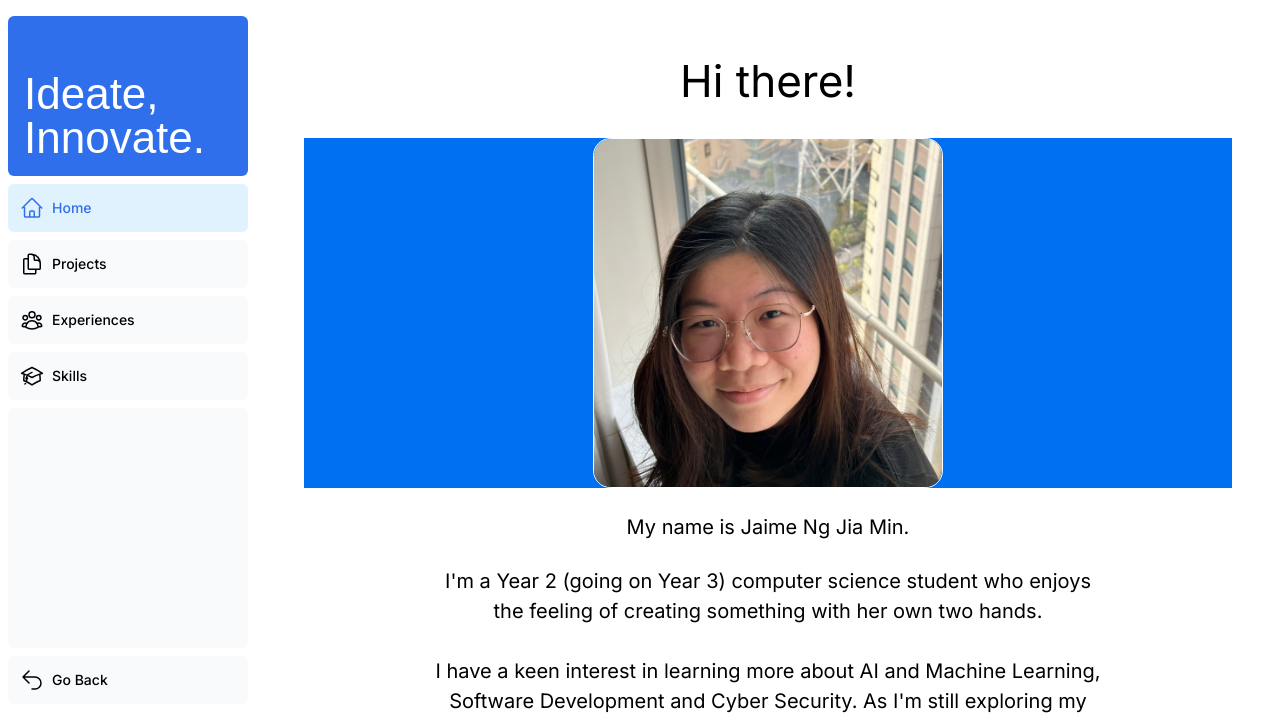
Repository: ThatGirlJam/jaime-portfolio
Page: /dashboard
An editor plug-in stored every save of this project. The page is shown before and after the next save, followed by the edit.
The browser window is 1280 px wide. The pictures show the whole page.
An inner scrolling area shows only its first screen. Some web fonts or font styles are not loaded; a fallback is used. The project was rebuilt for these pictures with package versions that can differ from the ones it lists, and the page was loaded fresh each time. The framework's server and built-in components were replaced by stand-ins that run in the browser. Also part of the build but not shown: next.config.js.

Above is the page before, as saved 2024-04-10 00:42:10.

After the next save:
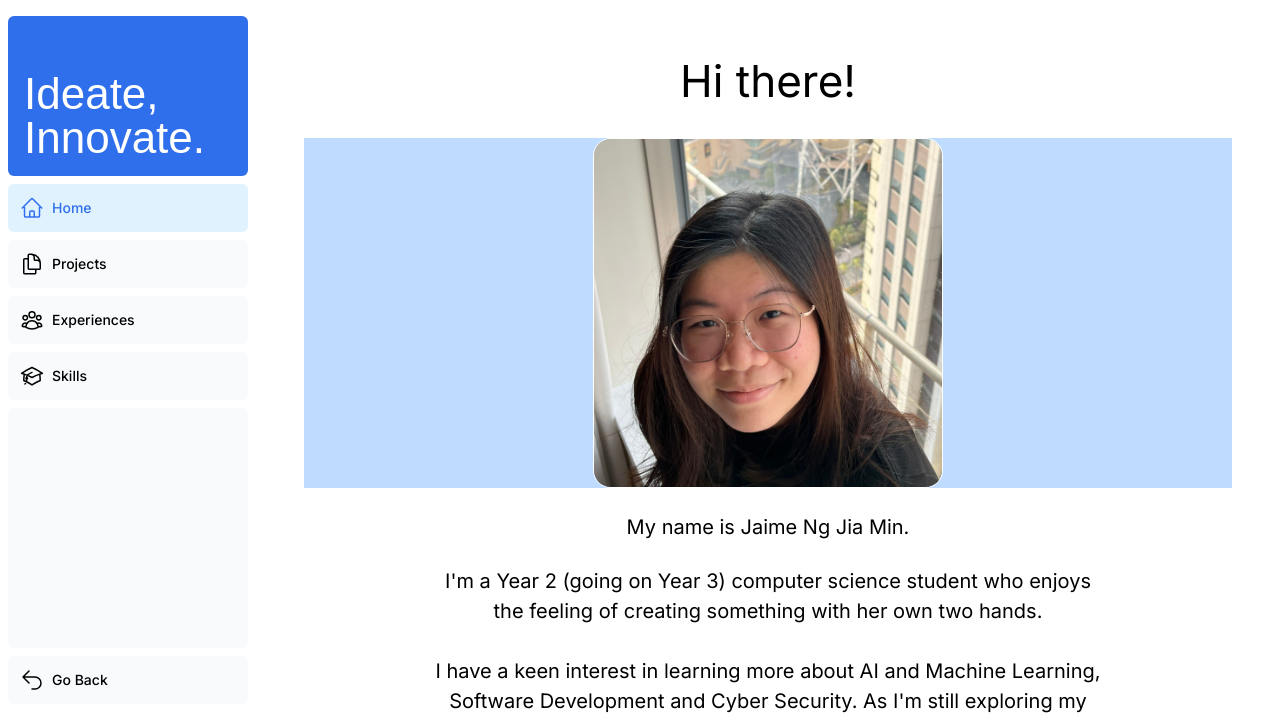
Saved 4 s later.
--- a/app/dashboard/page.tsx
+++ b/app/dashboard/page.tsx
@@ -23,7 +23,7 @@ export default function Page() {
       <p className="text-[44px]"> Hi there! </p>
       <br/>
 
-      <div style={divStyle} className="bg-blue-500">
+      <div style={divStyle} className="bg-blue-200">
         <Image
           src="/jaime-linkedin-photo.jpeg"
           width={350}
